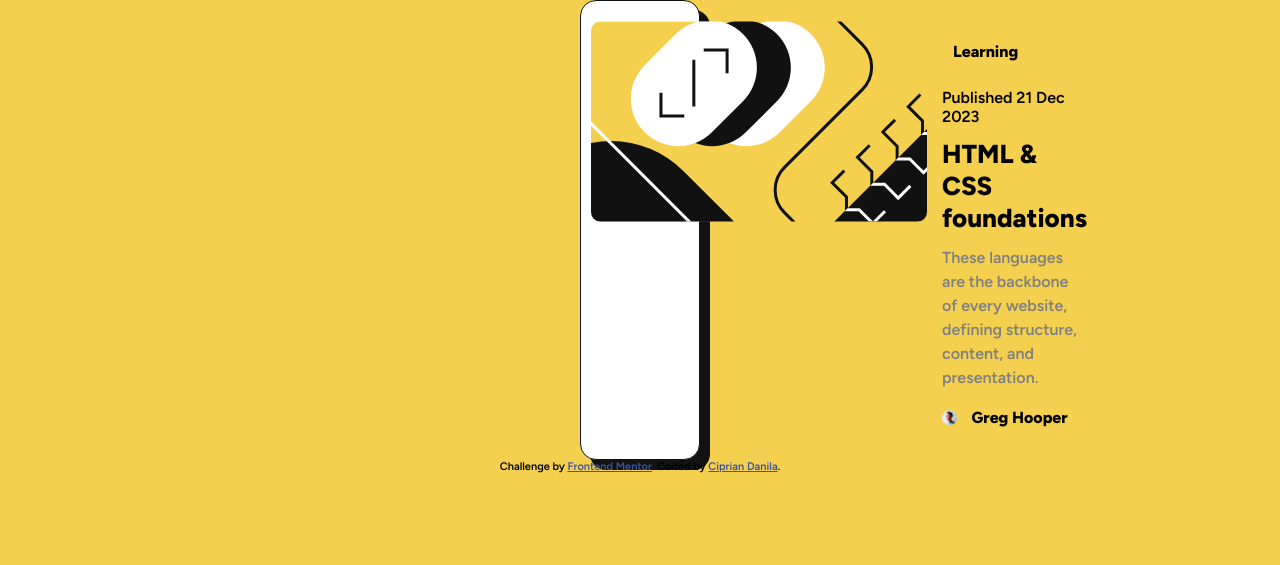
Repository: cipdanila/blog-preview-card
Page: index.html
These files come from the project's save history. The page is drawn as it stood at one moment and after the next save; the edit follows.
The browser window is 1280 px wide. The pictures show the whole page.

Above is the page before, as saved 2024-01-26 19:11:33.

After the next save:
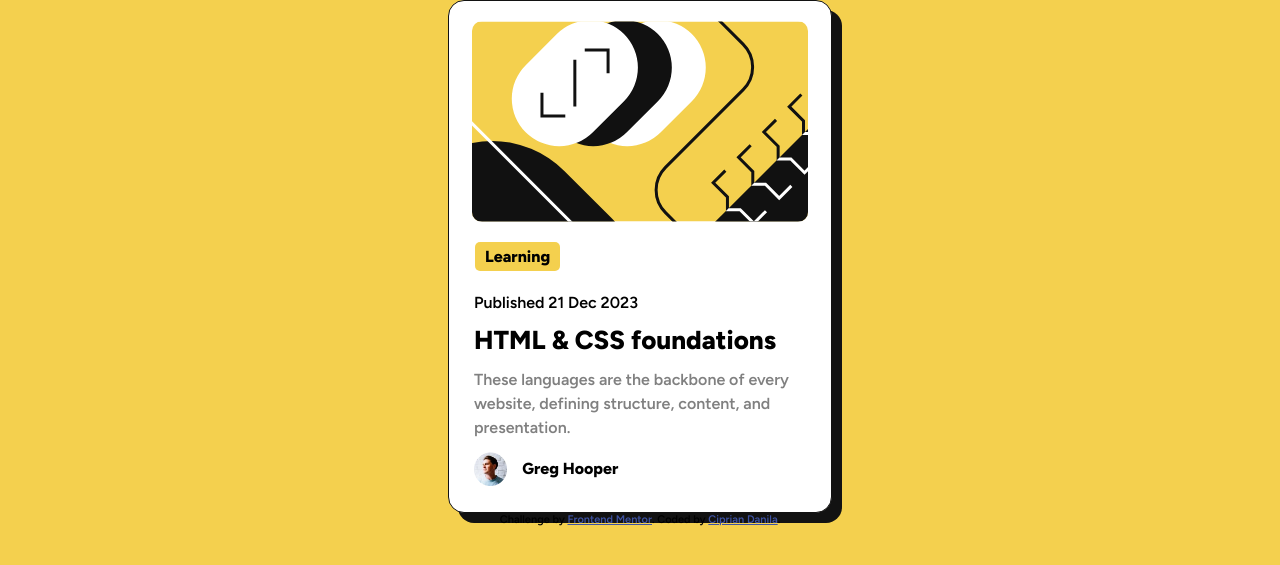
Saved 11 s later.
--- a/style.css
+++ b/style.css
@@ -20,8 +20,6 @@
 body {
     display: flex;
     flex-direction: column;
-    align-items: center;
-    justify-content: center;
     font-family: 'Figtree', sans-serif;
     font-size: 16px;
     font-weight: 600;
@@ -37,8 +35,8 @@
     border: 1px solid var(--black);
     box-shadow: 10px 10px var(--black);
     display: flex;
-    /* flex-direction: column;
-    align-items: center; */
+    flex-direction: column;
+    align-items: center;
     background-color: var(--white);
 }
 
